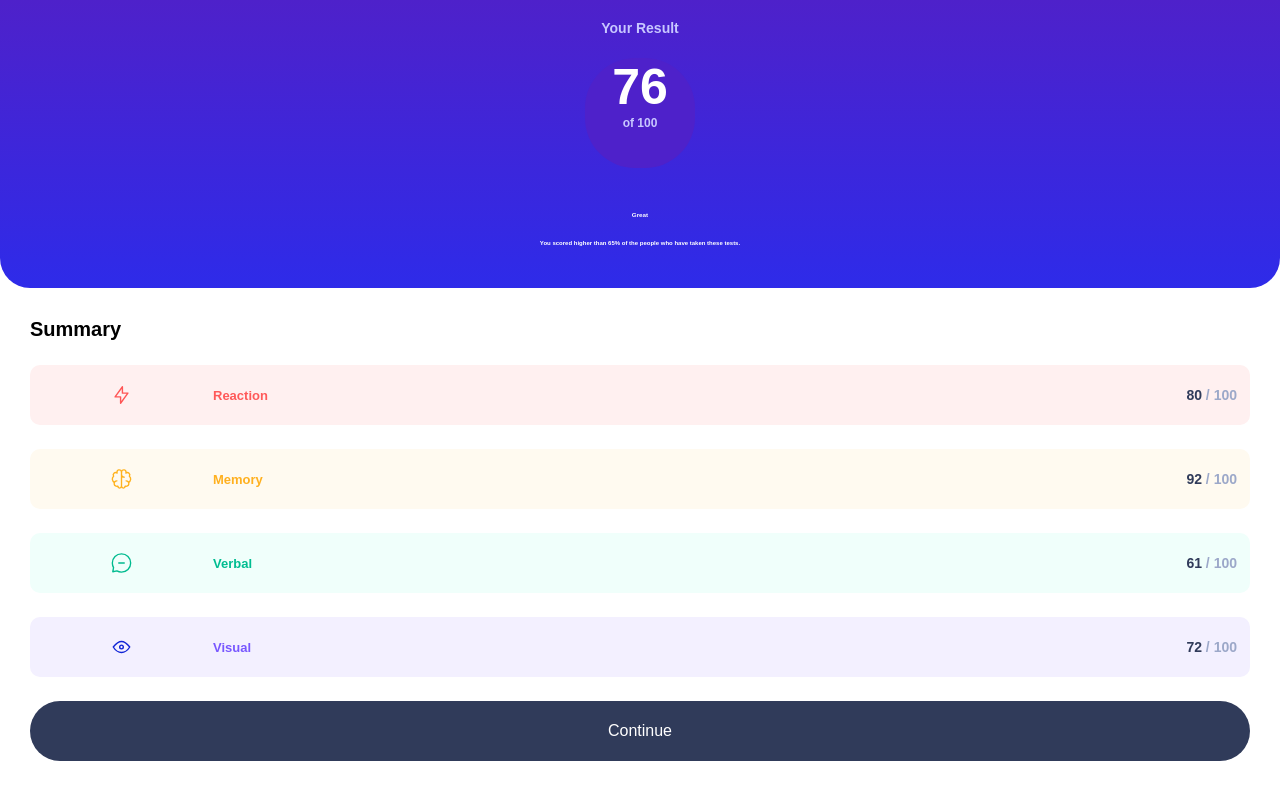
Repository: limaneto/frontend-mentor-results-summary
Page: index.html
The author's editor kept a copy of each file at every save. The page is drawn from the files as they stood at one save, then again after the next save.
The browser window is 1280 px wide. The pictures show the whole page.

Above is the page before, as saved 2023-11-06 10:00:07.

After the next save:
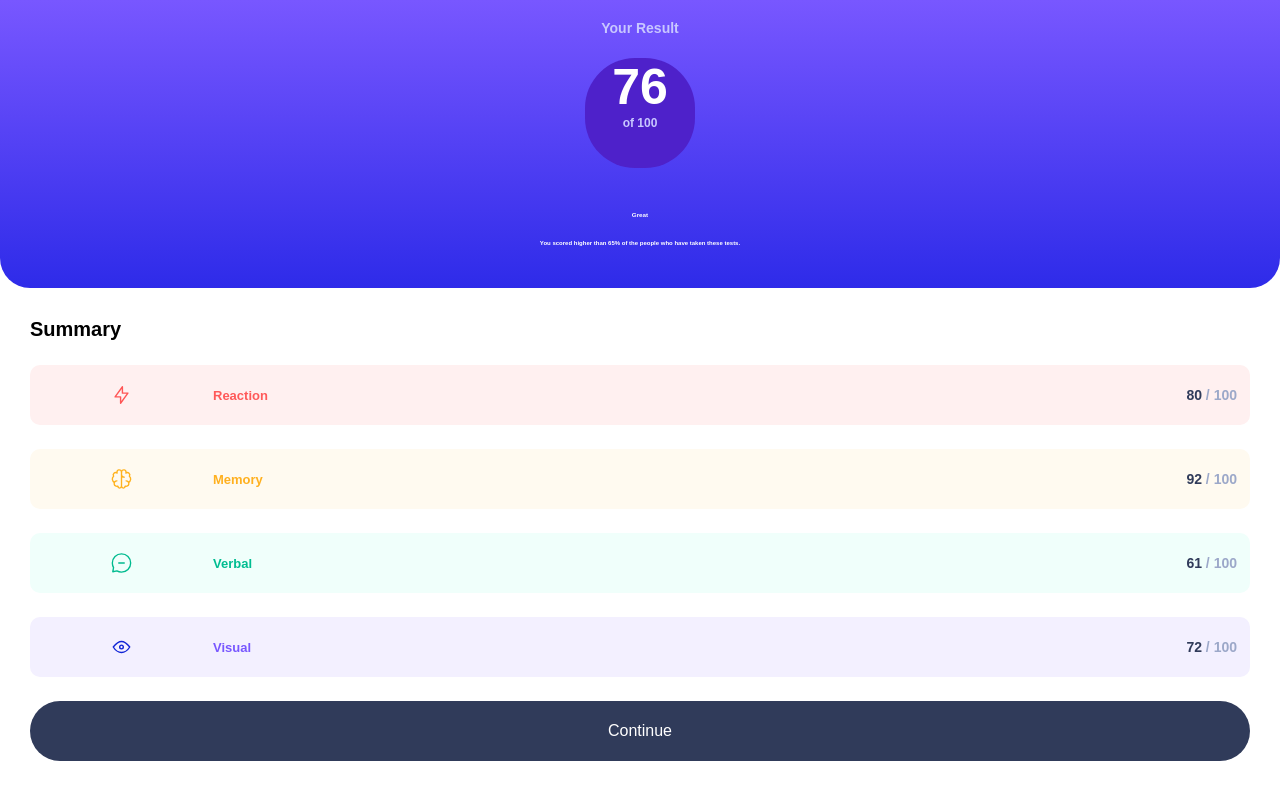
Saved 21 s later.
--- a/style.css
+++ b/style.css
@@ -47,7 +47,7 @@ section {
   justify-content: space-between;
   padding: 2.0rem;
   height: 40%;
-  background: linear-gradient(0deg, var(--g-royal-blue), var(--g-violet-blue));
+  background: linear-gradient(0deg, var(--g-royal-blue), var(--g-slate-blue));
   border-bottom-left-radius: 30px;
   border-bottom-right-radius: 30px;
   color: var(--white);
